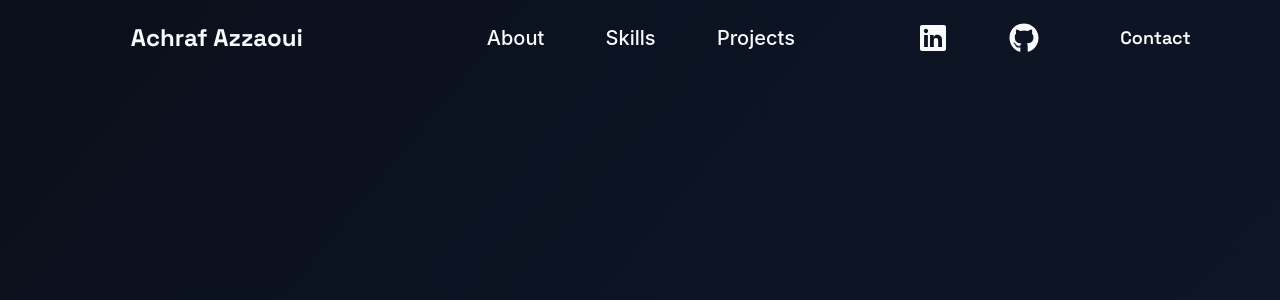
Repository: AchrafAzzaoui/Portfolio-Website
Page: / (app in achrafs-portfolio/)
An editor plug-in stored every save of this project. The page is shown before and after the next save, followed by the edit.
The browser window is 1280 px wide. The pictures show the whole page.
Some web fonts or font styles are not loaded; a fallback is used. The project was rebuilt for these pictures with package versions that can differ from the ones it lists, and the page was loaded fresh each time. Also part of the build but not shown: achrafs-portfolio/vite.config.ts.

Above is the page before, as saved 2025-01-03 15:00:29.

### achrafs-portfolio/index.html
<!DOCTYPE html>
<html lang="en">
  <head>
    <meta charset="UTF-8" />
    <link rel="icon" type="image/svg+xml" href="/vite.svg" />
    <meta name="viewport" content="width=device-width, initial-scale=1.0" />
    <!-- Inter for body text -->
    <link rel="preconnect" href="https://rsms.me/" />
    <link rel="stylesheet" href="https://rsms.me/inter/inter.css" />

    <!-- Space Grotesk for headlines -->
    <link rel="preconnect" href="https://fonts.googleapis.com" />
    <link rel="preconnect" href="https://fonts.gstatic.com" crossorigin />
    <link
      href="https://fonts.googleapis.com/css2?family=Space+Grotesk:wght@500;600;700&display=swap"
      rel="stylesheet"
    />
    <title>Achraf's Portfolio Website</title>
  </head>
  <body>
    <div id="root"></div>
    <script type="module" src="/src/main.tsx"></script>
  </body>
</html>

### achrafs-portfolio/src/index.css
@tailwind base;
@tailwind components;
@tailwind utilities;
@tailwind base;
@tailwind components;
@tailwind utilities;

@layer base {
  * {
    margin: 0;
    padding: 0;
    box-sizing: border-box;
  }

  html {
    scroll-behavior: smooth;
  }

  body {
    @apply font-sans antialiased;
  }

  ul,
  ol {
    list-style: none;
  }

  a {
    text-decoration: none;
    color: inherit;
  }

  img {
    max-width: 100%;
    height: auto;
  }

  button {
    background: none;
    border: none;
    cursor: pointer;
  }
}
@layer components {
  .before\:absolute::before {
    content: "";
    position: absolute;
  }
}

### achrafs-portfolio/src/App.tsx
import "./index.css";
import Header from "./components/layout/Header.tsx";
export default function App() {
  return (
    <div className="min-h-screen bg-gradient-dark">
      <Header />
    </div>
  );
}

### achrafs-portfolio/src/components/layout/Header.tsx
import { useState } from "react";
import { RxLinkedinLogo } from "react-icons/rx";
import { FaGithub } from "react-icons/fa";

export default function Header() {
  const [isMenuOpen, setIsMenuOpen] = useState(false);

  return (
    <header className="px-2 py-4">
      <nav className="flex ">
        <div className="basis-3/16 flex-auto flex justify-center items-center font-display font-bold text-dark-text-primary">
          <a href="#home" target="_blank">
            <h2 className="text-2xl transition-transform duration-300 hover:-translate-y-0.5">
              Achraf Azzaoui
            </h2>
          </a>
        </div>
        <div className="basis-7/16 flex-auto flex justify-evenly items-center">
          <a
            href="#about"
            target="_blank"
            className="font-sans font-medium text-dark-text-primary text-xl transition-transform duration-300 hover:-translate-y-0.5"
          >
            About
          </a>
          <a
            href="#skills"
            target="_blank"
            className="font-sans font-medium text-dark-text-primary text-xl transition-transform duration-300 hover:-translate-y-0.5"
          >
            Skills
          </a>
          <a
            href="#projects"
            target="_blank"
            className="font-sans font-medium text-dark-text-primary text-xl transition-transform duration-300 hover:-translate-y-0.5"
          >
            Projects
          </a>
        </div>
        <div className="basis-6/16 flex-auto flex justify-evenly items-center">
          <a href="https://www.linkedin.com/in/achraf-azzaoui-data-scientist">
            <RxLinkedinLogo className="text-3xl rounded-sm text-dark-text-primary" />
          </a>
          <a href="https://github.com/AchrafAzzaoui">
            <FaGithub className="text-3xl rounded-full text-dark-text-primary" />
          </a>
          <button
            className="
    relative inline-block px-5 py-2 font-semibold font-display
    rounded-md border-2 border-red-500 bg-transparent text-white "
            //   overflow-hidden group hover:border-purple-500
            //   before:absolute before:content-[''] before:inset-0
            //   before:-translate-x-full before:bg-gradient-to-r before:from-purple-600
            //   before:to-purple-800 before:rounded-md before:z-0
            //   before:transition-transform before:duration-300 before:ease-out
            //   hover:before:translate-x-0
            //   z-10
            // "
          >
            <span className="relative z-10 text-lg">Contact</span>
          </button>
        </div>
      </nav>
    </header>
  );
}

### achrafs-portfolio/tailwind.config.js
/** @type {import('tailwindcss').Config} */
const defaultTheme = require("tailwindcss/defaultTheme");

export default {
  content: ["./index.html", "./src/**/*.{js,ts,jsx,tsx}"],
  theme: {
    extend: {
      backgroundImage: {
        "gradient-dark":
          "linear-gradient(130deg, #0A0F1A 0%, #0C1322 40%, #0E1628 100%)",
        "gradient-light":
          "linear-gradient(130deg, #F8FAFC 0%, #EEF2F6 40%, #E2E8F0 100%)", // Light theme gradient
      },
      colors: {
        // Dark theme
        dark: {
          text: {
            primary: "#F8FAFC", // Almost white
            secondary: "#94A3B8", // Lighter gray
            muted: "#64748B", // Muted gray
          },
        },
        // Light theme
        light: {
          text: {
            primary: "#0F172A", // Very dark blue/gray
            secondary: "#334155", // Dark gray
            muted: "#64748B", // Same as dark for balance
          },
        },
      },
      fontFamily: {
        sans: ["Inter", ...defaultTheme.fontFamily.sans],
        display: ["Space Grotesk", ...defaultTheme.fontFamily.sans],
      },
    },
  },
  plugins: [],
  variants: {
    extend: {
      // Enable before/after pseudo elements
      before: ["before"],
      after: ["after"],
    },
  },
};

Loaded but not shown: achrafs-portfolio/src/main.tsx (common file)

After the next save:
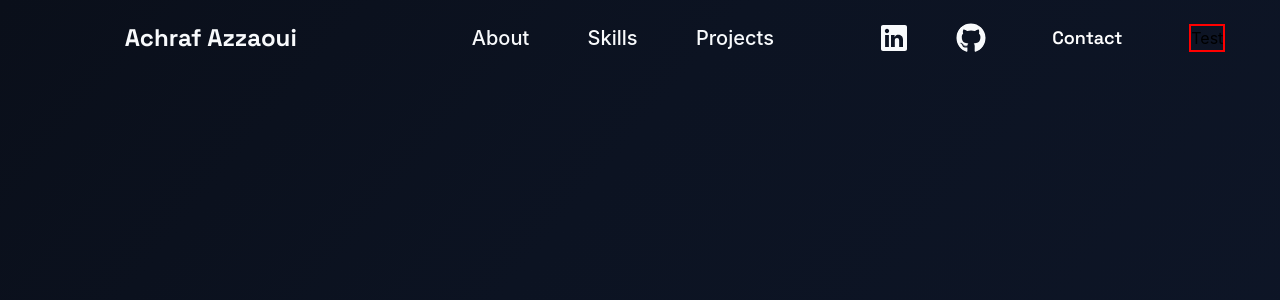
Saved 2 min 2 s later.
--- a/achrafs-portfolio/src/components/layout/Header.tsx
+++ b/achrafs-portfolio/src/components/layout/Header.tsx
@@ -60,6 +60,7 @@ export default function Header() {
           >
             <span className="relative z-10 text-lg">Contact</span>
           </button>
+          <button style={{ border: "2px solid red" }}>Test</button>
         </div>
       </nav>
     </header>
